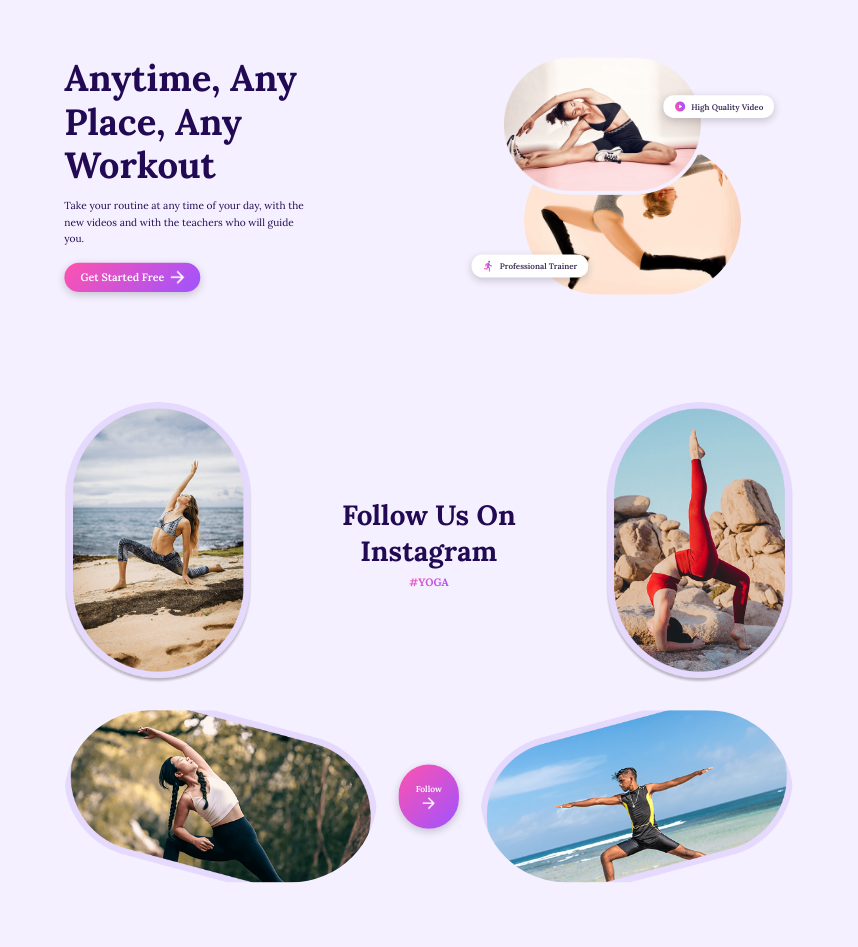
Repository: EunsuhJeon/responsive-yoga-website
Page: index.html
An editor plug-in stored every save of this project. The page is shown before and after the next save, followed by the edit.
The browser window is 1280 px wide. The pictures show the whole page, at 67% of full size.

Above is the page before, as saved 2025-11-26 00:49:15.

After the next save:
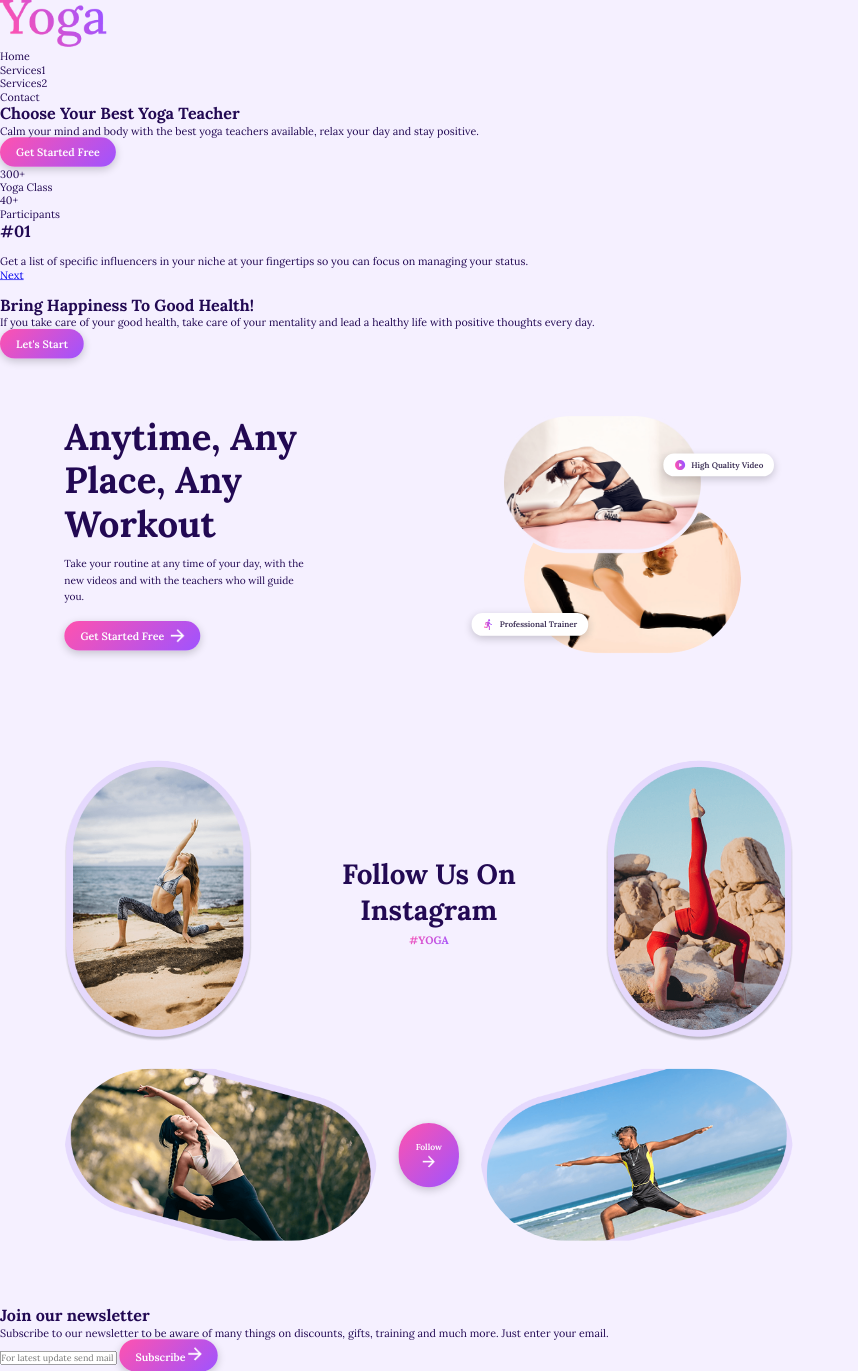
Saved 11 min 6 s later.
--- a/index.html
+++ b/index.html
@@ -11,11 +11,44 @@
 </head>
 <body>
     <header>
-
+        <img src="./assets/logos/logo.png" alt="logo">
+        <nav>
+            <ul>
+                <li>Home</li>
+                <li>Services1</li>
+                <li>Services2</li>
+                <li>Contact</li>
+            </ul>
+        </nav>
+        <a href="#"></a>
     </header>
     <main>
         <!-- Jade - start -->
-
+        <section id="section-hero">
+            <h1>Choose Your Best Yoga Teacher</h1>
+            <p>Calm your mind and body with the best yoga teachers available, relax your day and stay positive.</p>
+            <input class="btn" type="button" value="Get Started Free">
+            <div>
+                <div>300+</div>
+                <p>Yoga Class</p>
+            </div>
+            <div>
+                <div>40+</div>
+                <p>Participants</p>
+            </div>
+        </section>
+        <section id="section-influencers">
+            <h2>#01</h2>
+            <img src="" alt="">
+            <p>Get a list of specific influencers in your niche at your fingertips so you can focus on managing your status.</p>
+            <a href="#">Next</a>
+        </section>
+        <section id="section-wellness-cta">
+            <img src="" alt="">
+            <h2>Bring Happiness To Good Health!</h2>
+            <p>If you take care of your good health, take care of your mentality and lead a healthy life with positive thoughts every day.</p>
+            <input class="btn" type="button" value="Let's Start">
+        </section>
         <!-- Jade - end -->
 
 
@@ -118,6 +151,35 @@
         </div>
         </section>
 
+        <!-- Seccion 6 - Newsletter -->
+        <section class="seccion-6-newsletter">
+
+        <div class="newsletter-box">
+            <h2 class="newsletter-title">Join our newsletter</h2>
+
+            <p class="newsletter-subtitle">
+            Subscribe to our newsletter to be aware of many things on discounts, gifts,
+            training and much more. Just enter your email.
+            </p>
+
+            <div class="newsletter-form">
+            <input
+                type="email"
+                class="newsletter-input"
+                placeholder="For latest update send mail">
+
+            <button class="btn newsletter-btn">
+                Subscribe
+                <img
+                class="btn-icon"
+                src="./assets/icons/p2-s1-button-pink-Arrow.png"
+                alt="Arrow icon">
+            </button>
+            </div>
+        </div>
+
+        </section>
+
 
     <!-- Andrea - end -->
     </main>
